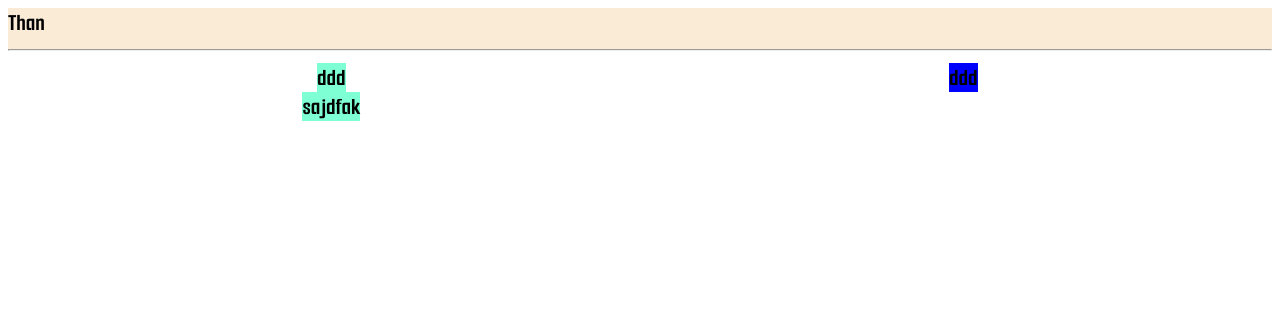
Repository: Than-dot/Than-dot
Page: index.html
An editor plug-in stored every save of this project. The page is shown before and after a run of saves, followed by the edit.
The browser window is 1280 px wide. The pictures show the whole page.

Above is the page before, as saved 2026-04-22 12:31:25.

After the next 3 saves:
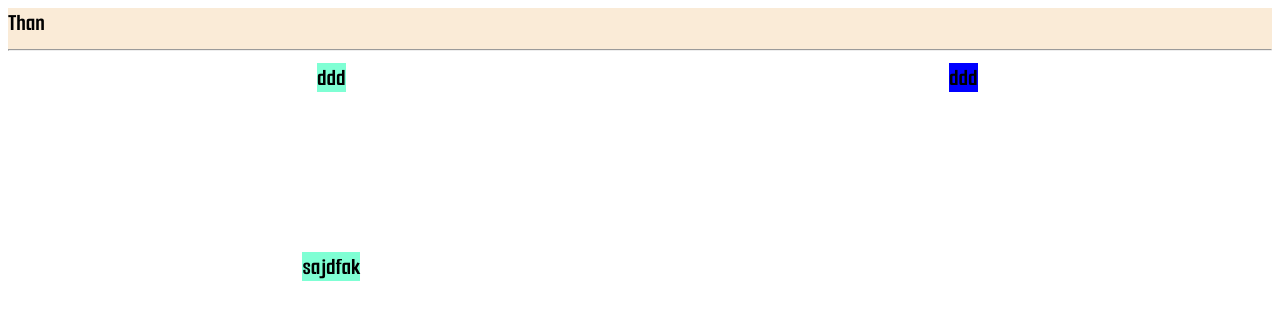
The 3 saves are shown as one change because they came seconds apart.
The last was saved 8 s later.
--- a/styles/index.css
+++ b/styles/index.css
@@ -18,5 +18,5 @@ aside {
 }
 
 .stats {
-  margin-top: auto;
+  margin-top: 10rem;
 }
